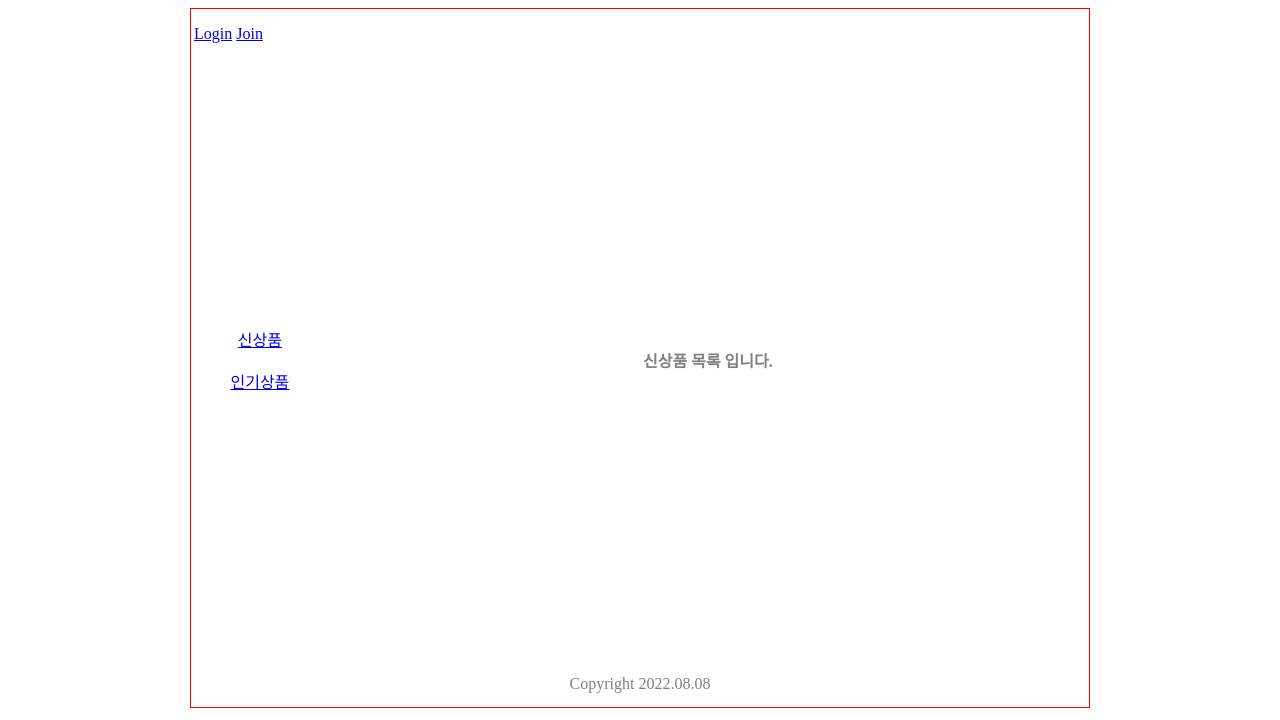
Repository: payboiC/test
Page: http://localhost/ServletProject/template/template.jsp?page=newitem
These files come from the project's save history. The page is drawn as it stood at one moment and after the next save; the edit follows.
The browser window is 1280 px wide. The pictures show the whole page.
The page is served by Tomcat 9. Nobody is signed in. The application's start-up code is not run.

Above is the page before, as saved 2022-08-08 03:06:31.

After the next save:
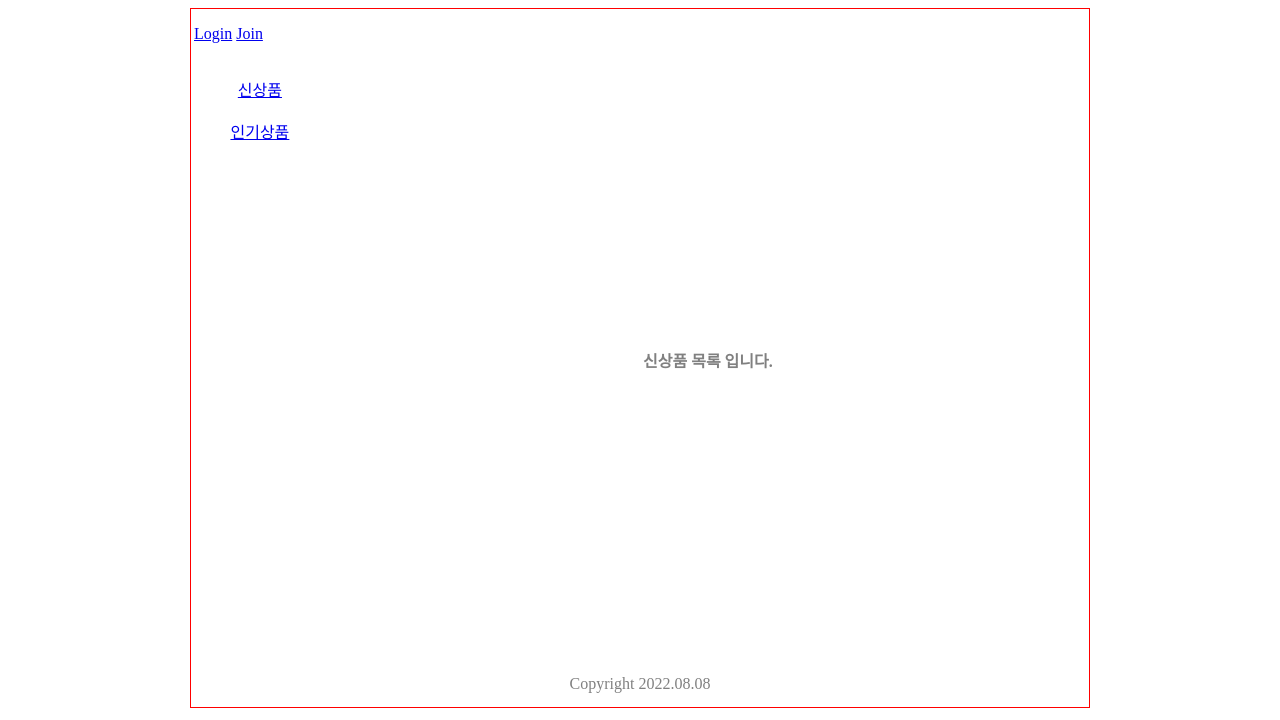
Saved 4 min 25 s later.
--- a/ServletProject/src/main/webapp/template/template.jsp
+++ b/ServletProject/src/main/webapp/template/template.jsp
@@ -24,6 +24,10 @@ table{
    border: 1px solid red;
    }
 
+   body{
+      background-image:url()
+   }
+
    </style>
 </head>
 <body>
@@ -37,7 +41,7 @@ table{
      </tr>
 
      <tr>
-         <td width="15%" align="right" valig="top"><br>
+         <td width="15%" align="right" valign="top"><br>
             <jsp:include page="left.jsp"/>
 
          </td>
